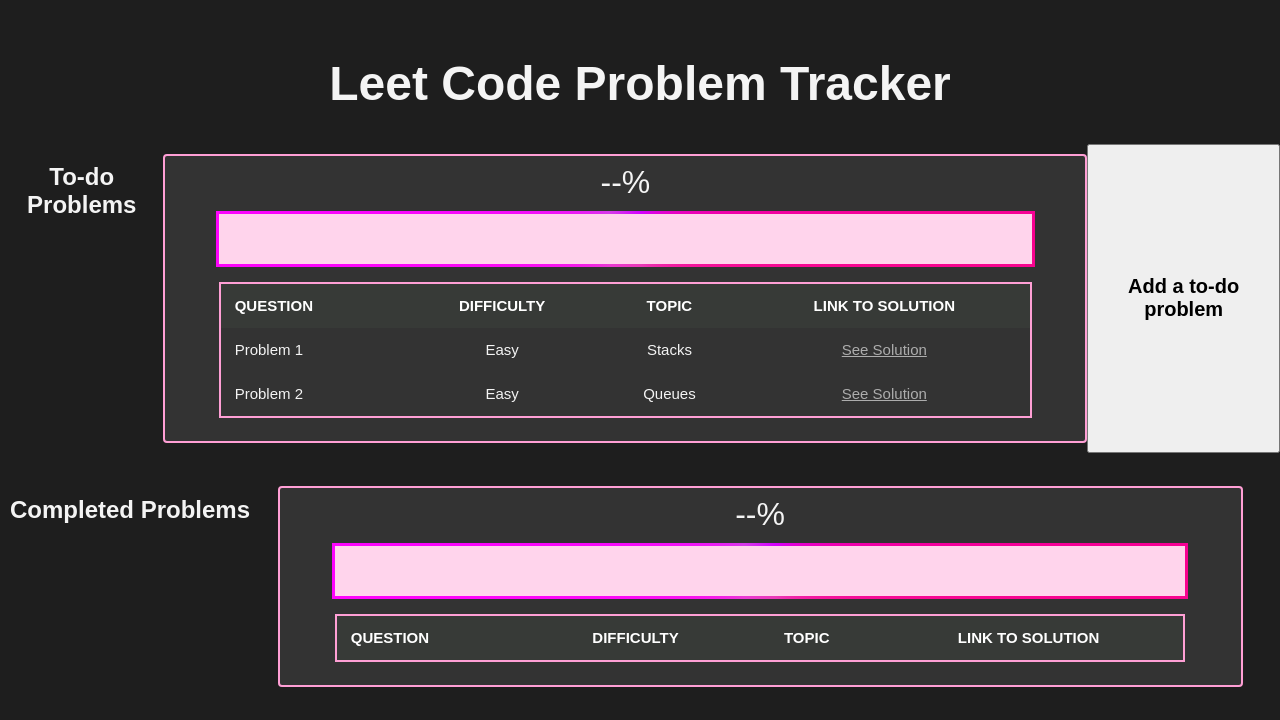
Repository: bbrockbrown/leet-code-tracker
Page: index.html
The author's editor kept a copy of each file at every save. The page is drawn from the files as they stood at one save, then again after the next save.
The browser window is 1280 px wide. The pictures show the whole page.

Above is the page before, as saved 2024-07-30 21:28:18.

After the next save:
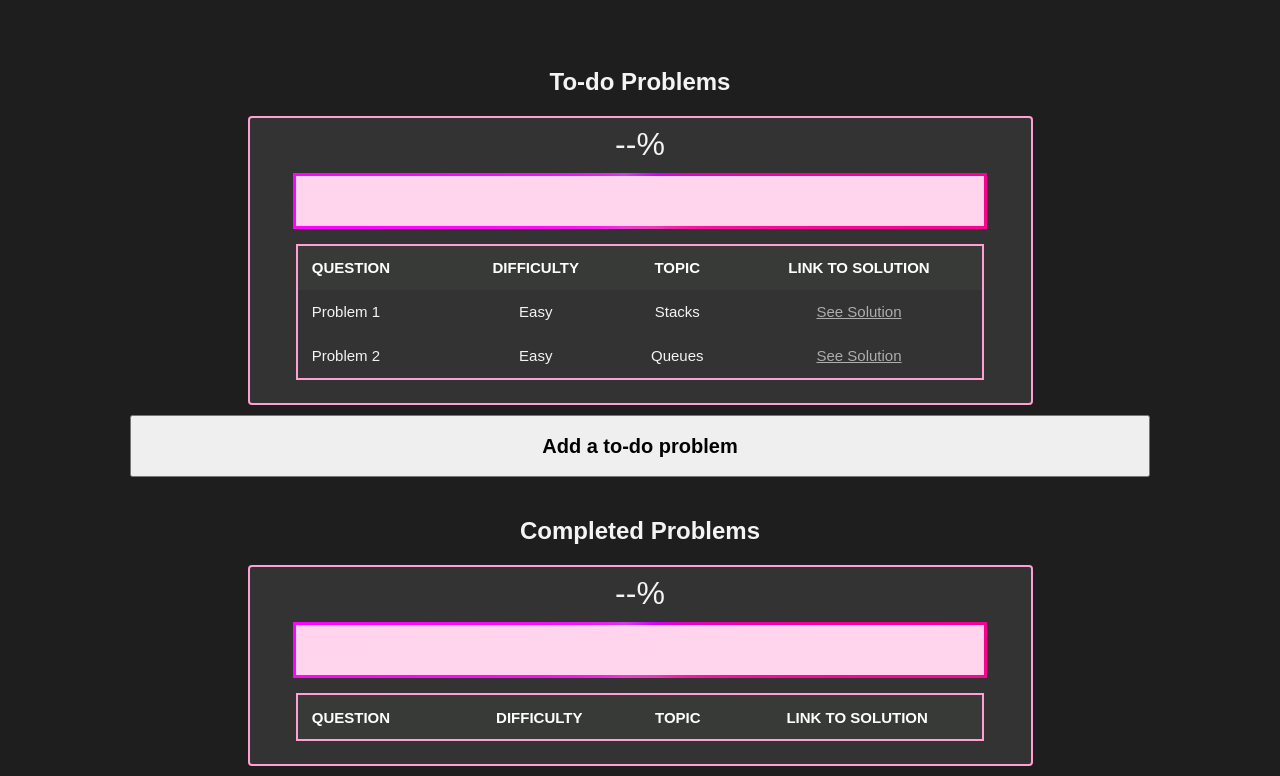
Saved 11 s later.
--- a/styles.css
+++ b/styles.css
@@ -61,6 +61,7 @@ body {
 
 .tracking-box {
     display: flex;
+    flex-flow: column nowrap;
     text-align: center;
     margin-bottom: 20px;
 }
